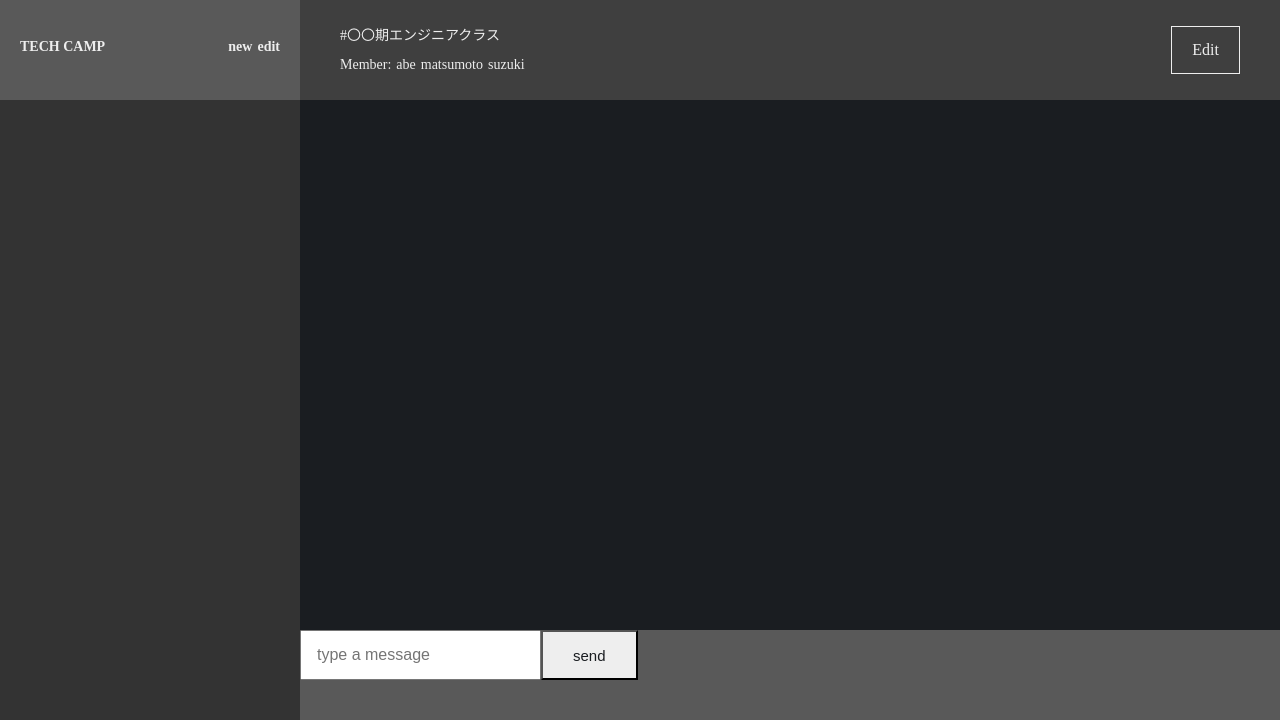
Repository: m-mao/firsa_app
Page: html_css/chat-app/index.html
The author's editor kept a record of every edit. The page is drawn from the files as they stood at one moment, then again after the next edit.
The browser window is 1280 px wide. The pictures show the whole page.

Above is the page before.

### html_css/chat-app/index.html
<!DOCTYPE html>
<html>
<head>
    <meta charset="UTF-8">
    <link rel="stylesheet" href="reset.css">
    <link rel="stylesheet" href="style.css">
    <title>chat-app</title>
</head>
<body>
    <div class="wrapper">
        <div class="chat-side">
            <div class="side-header">
                <div class="side-box">
                    <p class="user-name">TECH CAMP</p>
                    <div class="menu">
                        <div class="new-group"><a href="#">new</a></div>
                        <div class="edit-user"><a href="#">edit</a></div>
                    </div>
                </div>
            </div>
            <div class="groups">
            </div>
        </div>
        <div class="chat-main">
            <div class="main-header">
                <div class="header-leftbox">
                    <h2 class="current-group">#〇〇期エンジニアクラス</h2>
                    <ul class="member-list">Member:
                        <li class="member">abe</li>
                        <li class="member">matsumoto</li>
                        <li class="member">suzuki</li>
                    </ul>
                </div>
                <a class="edit-btn" href="#">Edit</a>
            </div>
            <div class="messages">
            </div>
            <div class="forms">
                <form class="new-message">
                    <input class="input-text" type="text" placeholder="type a message">
                    <input class="submit-btn" type="submit" value="send">
                </form>
            </div>
        </div>
    </div>
</body>
</html>

### html_css/chat-app/reset.css
/* http://meyerweb.com/eric/tools/css/reset/
   v2.0 | 20110126
   License: none (public domain)
*/

html, body, div, span, applet, object, iframe,
h1, h2, h3, h4, h5, h6, p, blockquote, pre,
a, abbr, acronym, address, big, cite, code,
del, dfn, em, img, ins, kbd, q, s, samp,
small, strike, strong, sub, sup, tt, var,
b, u, i, center,
dl, dt, dd, ol, ul, li,
fieldset, form, label, legend,
table, caption, tbody, tfoot, thead, tr, th, td,
article, aside, canvas, details, embed,
figure, figcaption, footer, header, hgroup,
menu, nav, output, ruby, section, summary,
time, mark, audio, video {
	margin: 0;
	padding: 0;
	border: 0;
	font-size: 100%;
	font: inherit;
	vertical-align: baseline;
}
/* HTML5 display-role reset for older browsers */
article, aside, details, figcaption, figure,
footer, header, hgroup, menu, nav, section {
	display: block;
}

* {
	box-sizing: border-box;
}

html {
  font-size: 62.5%;
}

body {
	line-height: 1;
	font-size: 1.4rem;
}

ol, ul {
	list-style: none;
}
blockquote, q {
	quotes: none;
}
blockquote:before, blockquote:after,
q:before, q:after {
	content: '';
	content: none;
}
table {
	border-collapse: collapse;
	border-spacing: 0;
}

### html_css/chat-app/style.css
.wrapper {
 height: 100vh;
 display: flex;
}

.chat-side {
 width: 300px;
 background-color: #333333;
}

.side-header {
 height: 100px;
 background-color: #595959;
 display: flex;
 align-items: center;
}

.groups {
 height: class(100vh - 100px);
 background-color: #333333;
}

.chat-main {
 width: calc(100% - 300px);
 background-color: #1a1d21;
}

.main-header {
 height: 100px;
 background-color: #3f3f3f;
 display: flex;
 justify-content: space-between;
 align-items: center;
 padding: 0 40px;
}

.messages {
 height: calc(100vh - 190px);
 background-color: #1a1d21;
}

.forms {
 height: 90px;
 background-color: #595959;
}

.side-box {
 width: 260px;
 height: 20px;
 margin: 0 20px;
 display: flex;
 justify-content: space-between;
 font-weight: bold;
}

.user-name {
 color: #eeeeee;
}

a {
 text-decoration: none;
 color: #eeeeee;
}

.menu {
 display: flex;
}

.new-group {
 margin-right: 5px;
}

.current-group {
 color: #eeeeee;
 margin-bottom: 15px;
 size: 20px;
}

.header-leftbox {
 flex-direction: colomn;
}

.member-list {
 color: #eeeeee;
 size: 12px;
 display: flex;
}

.member {
 margin-left: 5px;
}

.edit-btn {
 font-size: 16px;
 border: 1px solid #eeeeee;
 padding: 15px 20px;
}

.new-message {
 display: flex;
 margin; 20px 40px;
}

.input-text {
 height: 50px;
 padding: 0 15px;
 color: #434a54;
 font-size: 16px;
 display: block;
}

.submit-btn {
 height: 50px;
 padding: 0 30px;
 background-color: #eeeeee;
 color: #1a1d21;
 font-size: 15px;

}

After the next edit:
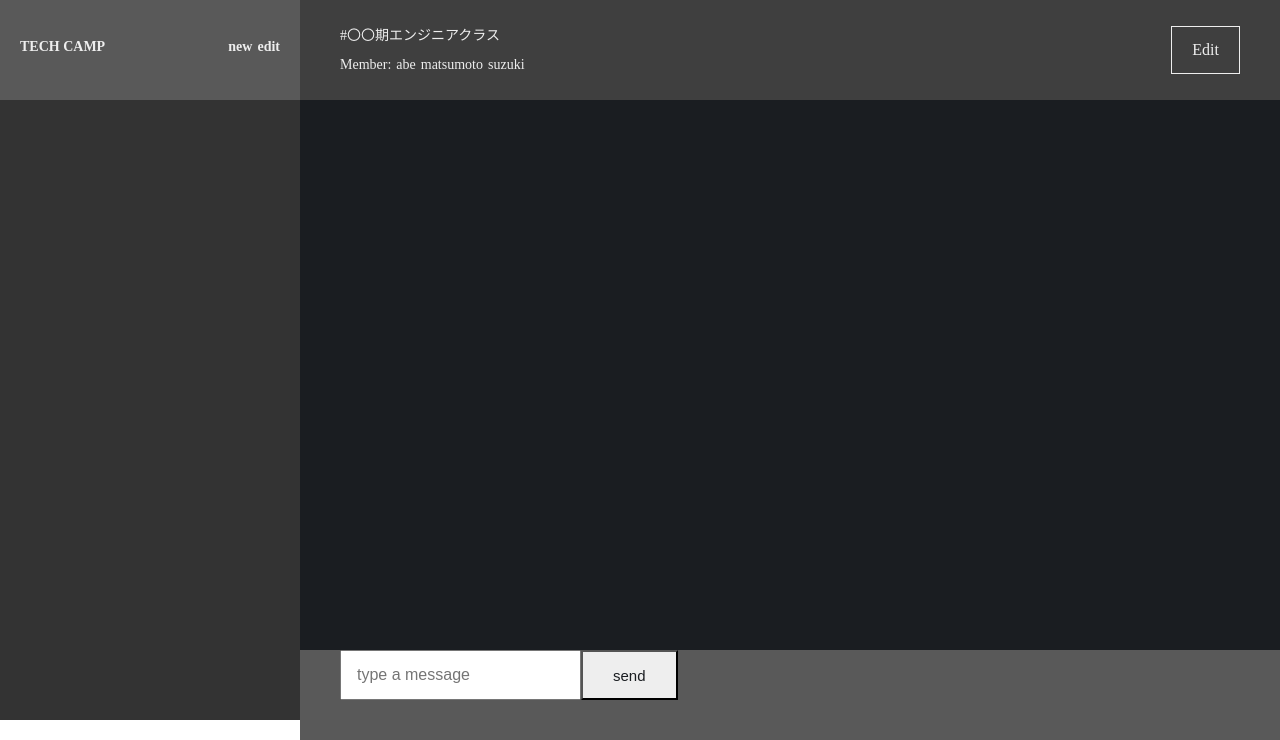
The edit:
--- a/html_css/chat-app/style.css
+++ b/html_css/chat-app/style.css
@@ -98,7 +98,7 @@
 
 .new-message {
  display: flex;
- margin; 20px 40px;
+ margin: 20px 40px;
 }
 
 .input-text {
